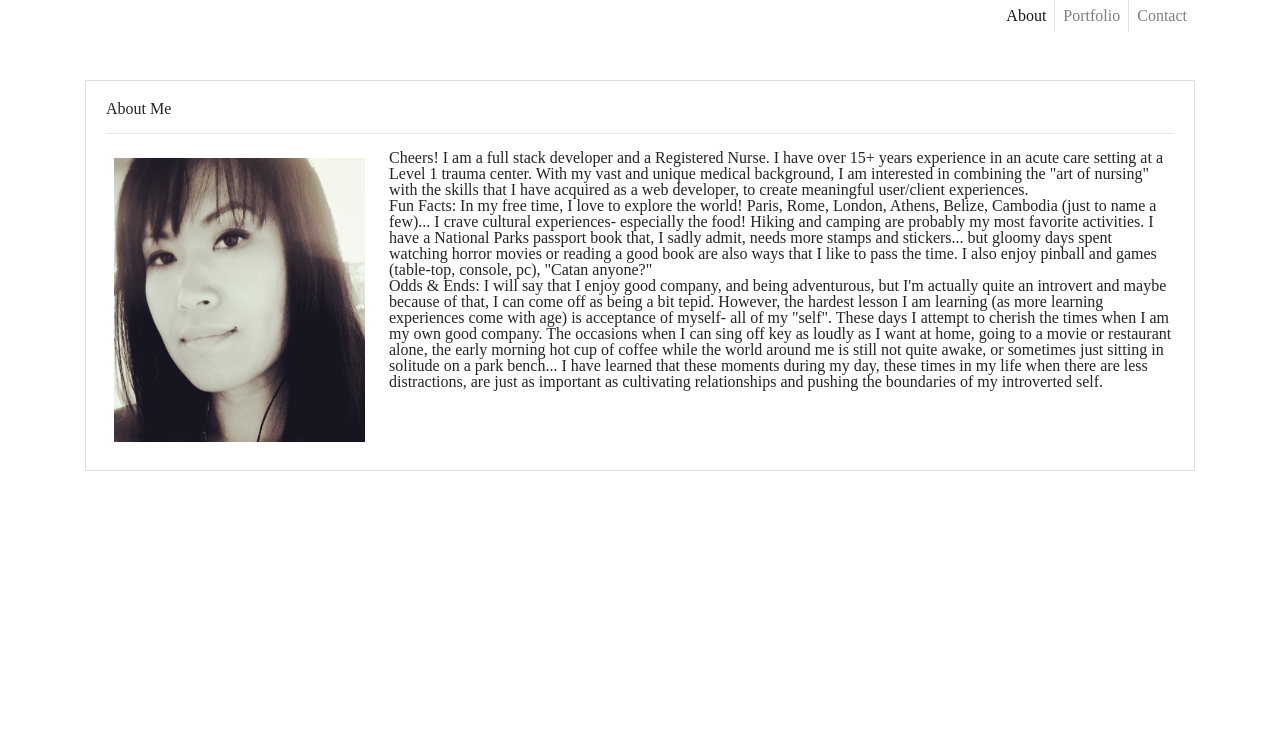
Repository: Dee1985/AyDy-Burling-prework
Page: Module-1_Assessment/index.html
These files come from the project's save history. The page is drawn as it stood at one moment and after the next save; the edit follows.
The browser window is 1280 px wide. The pictures show the whole page.

Above is the page before, as saved 2020-05-22 21:54:44.

### Module-1_Assessment/index.html
<!DOCTYPE html>
<html lang="en">
	<head>
		<meta charset="UTF-8" />
		<meta name="viewport" content="width=device-width, initial-scale=1.0" />
		<meta http-equiv="X-UA-Compatible" content="ie=edge" />
		<title>About</title>

		<link
			rel="stylesheet"
			href="https://stackpath.bootstrapcdn.com/bootstrap/4.3.1/css/bootstrap.min.css"
			integrity="sha384-ggOyR0iXCbMQv3Xipma34MD+dH/1fQ784/j6cY/iJTQUOhcWr7x9JvoRxT2MZw1T"
			crossorigin="anonymous"
		/>
		<link rel="stylesheet" href="assets/css/reset.css" />
		<link rel="stylesheet" href="assets/css/style.css" />
	</head>
	<body>
		<nav class="navbar navbar-light navbar-expand-lg p-0 another-card">
			<div class="container">
				<a href="# " class="navbar-brand text-white">AyDy Burling</a>
				<button
					class="navbar-toggler"
					type="button"
					data-toggle="collapse"
					data-target="#navbarTogglerDemo02"
					aria-controls="navbarTogglerDemo02"
					aria-expanded="false"
					aria-label="Toggle navigation"
				>
					<span class="navbar-toggler-icon"></span>
				</button>
				<div class="collapse navbar-collapse" id="navbarTogglerDemo02">
					<ul class="navbar-nav ml-auto mt-2 mt-lg-0">
						<li class="nav-item active">
							<a class="nav-link border-right" href="#">About</a>
						</li>
						<li class="nav-item">
							<a class="nav-link border-right" href="portfolio.html"
								>Portfolio</a
							>
						</li>
						<li class="nav-item">
							<a class="nav-link" href="contact.html" tabindex="-1">Contact</a>
						</li>
					</ul>
				</div>
			</div>
		</nav>

		<section class="another-card vh-100">
			<div class="container">
				<div class="row">
					<div class="col-lg-12 mb-4">
						<div class="card mt-5 rounded-0">
							<div class="card-body">
								<h5 class="card-title">About Me</h5>
								<hr />
								<div class="media">
									<img
										src="assets/img/IMG_0322.JPG"
										width="25%"
										height="300"
										class="mr-3 p-2"
										alt="..."
									/>
									<div class="media-body">
										<p>
											Cheers! I am a full stack developer and a Registered
											Nurse. I have over 15+ years experience in an acute care
											setting at a Level 1 trauma center. With my vast and
											unique medical background, I am interested in combining
											the "art of nursing" with the skills that I have acquired
											as a web developer, to create meaningful user/client
											experiences.
										</p>
										<p>
											Fun Facts: In my free time, I love to explore the world!
											Paris, Rome, London, Athens, Belize, Cambodia (just to
											name a few)... I crave cultural experiences- especially
											the food! Hiking and camping are probably my most favorite
											activities. I have a National Parks passport book that, I
											sadly admit, needs more stamps and stickers... but gloomy
											days spent watching horror movies or reading a good book
											are also ways that I like to pass the time. I also enjoy
											pinball and games (table-top, console, pc), "Catan
											anyone?"
										</p>
										<p>
											Odds & Ends: I will say that I enjoy good company, and
											being adventurous, but I'm actually quite an introvert and
											maybe because of that, I can come off as being a bit
											tepid. However, the hardest lesson I am learning (as more
											learning experiences come with age) is acceptance of
											myself- all of my "self". These days I attempt to cherish
											the times when I am my own good company. The occasions
											when I can sing off key as loudly as I want at home, going
											to a movie or restaurant alone, the early morning hot cup
											of coffee while the world around me is still not quite
											awake, or sometimes just sitting in solitude on a park
											bench... I have learned that these moments during my day,
											these times in my life when there are less distractions,
											are just as important as cultivating relationships and
											pushing the boundaries of my introverted self.
										</p>
									</div>
								</div>
							</div>
						</div>
					</div>
				</div>
			</div>
		</section>

		<footer>
			<div class="fixed-bottom text-center text-white">Copyright &copy;</div>
		</footer>

		<script
			src="https://code.jquery.com/jquery-3.3.1.slim.min.js"
			integrity="sha384-q8i/X+965DzO0rT7abK41JStQIAqVgRVzpbzo5smXKp4YfRvH+8abtTE1Pi6jizo"
			crossorigin="anonymous"
		></script>
		<script
			src="https://cdnjs.cloudflare.com/ajax/libs/popper.js/1.14.7/umd/popper.min.js"
			integrity="sha384-UO2eT0CpHqdSJQ6hJty5KVphtPhzWj9WO1clHTMGa3JDZwrnQq4sF86dIHNDz0W1"
			crossorigin="anonymous"
		></script>
		<script
			src="https://stackpath.bootstrapcdn.com/bootstrap/4.3.1/js/bootstrap.min.js"
			integrity="sha384-JjSmVgyd0p3pXB1rRibZUAYoIIy6OrQ6VrjIEaFf/nJGzIxFDsf4x0xIM+B07jRM"
			crossorigin="anonymous"
		></script>
	</body>
</html>

### Module-1_Assessment/assets/css/style.css
/* Using Bootstrap, your portfolio site should be made using the following items:
A navbar
A responsive layout (remember the grid, rows and columns are your friends)
eg. On an xs screen, content should take up the entire screen. On sm and larger screens, you should have some margins on the left and right side of the screen. Check out various sites on your mobile device versus your computer to see this in action!
Responsive images

BONUS Using Bootstrap, make a sticky footer and use sub-rows and sub-columns on your portfolio site (Hint: Check out the Bootstrap documentation)

Your Bootstrap solution should minimize use of media queries.
Colors:
Teal color (used for headings and backgrounds): #4aaaa5
Regular font color (used for paragraphs and all text besides the headings): #777777
Main header background color: #ffffff
Main header border color: #cccccc
Footer background color: #666666
Main content background color: #ffffff
Main content border color: #dddddd
Fonts:
For heading fonts use font-family: 'Georgia', Times, Times New Roman, serif;.
For all other fonts use 'Arial', 'Helvetica Neue', Helvetica, sans-serif;.
Profile Image Found on index.html:
Use a picture of yourself.
If you don't have a picture, you can grab a placeholder image from LoremPixel.
Save the images to your images folder.
Portfolio Images:
Placeholder images can be found at LoremPixel.
Save the images to your images folder.
Background Images:
The background pattern used was found on Subtle Patterns. You can browse through that site and find whichever pattern you like.
Dimensions:
The entire content and the main section content area is 960px wide. */

Loaded but not shown: Module-1_Assessment/assets/css/reset.css (common file)

After the next save:
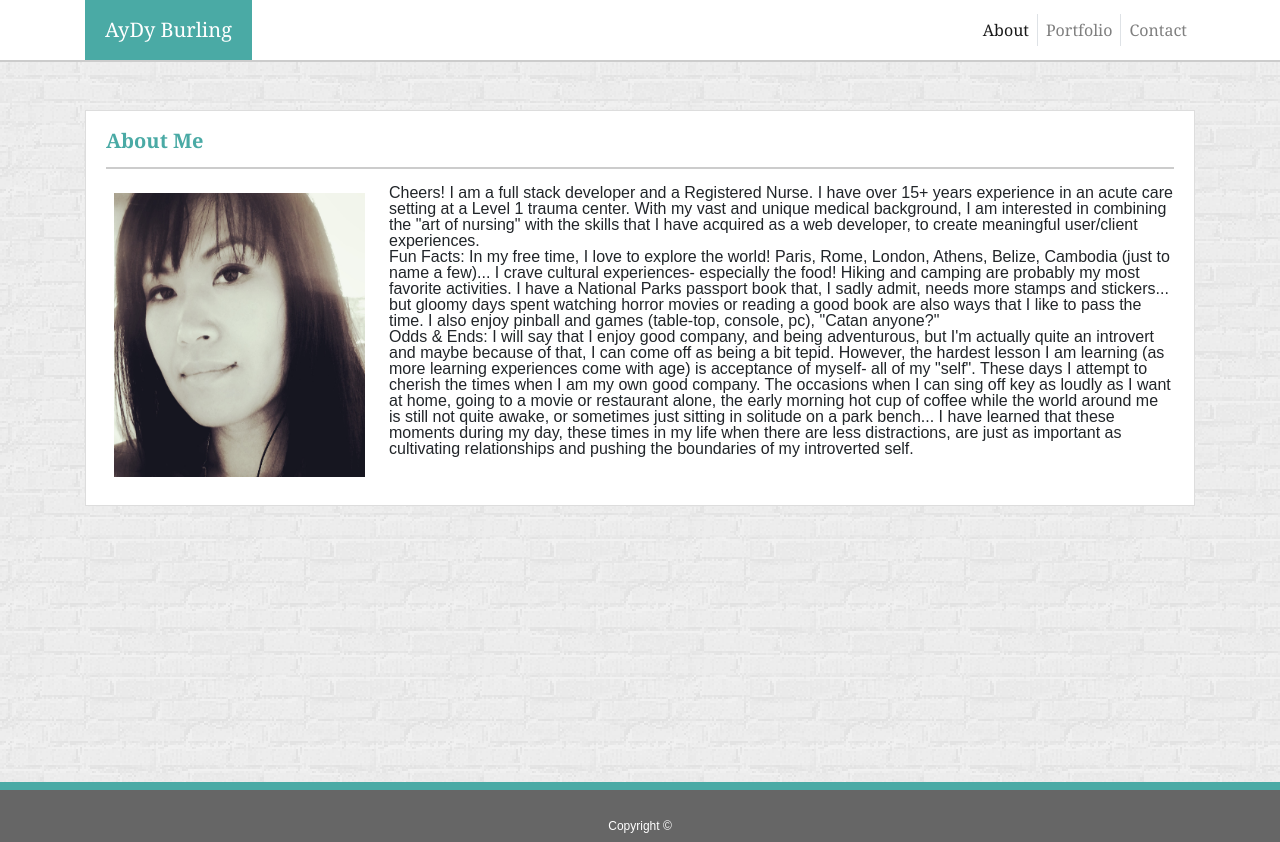
Saved 2 min 4 s later.
--- a/Module-1_Assessment/assets/css/style.css
+++ b/Module-1_Assessment/assets/css/style.css
@@ -1,3 +1,75 @@
+* {
+	margin: 0;
+	padding: 0;
+}
+
+section {
+	/* https://www.toptal.com/designers/subtlepatterns/?s=brick */
+	background-image: url('../img/brickwall_@2X.png');
+	background-position: center;
+}
+.card-gallery {
+	zoom: 65%;
+}
+nav {
+	font-family: Cambria, Cochin, Georgia, Times, 'Times New Roman', serif;
+}
+
+/* .another-card {
+  zoom: 83%;
+} */
+
+.btn {
+	background-color: #4aaaa5;
+	border-color: #4aaaa5;
+}
+.navbar {
+	border-bottom: 2px solid #cccccc;
+}
+a.navbar-brand {
+	background-color: #4aaaa5;
+	padding: 20px;
+	margin: 0;
+}
+hr {
+	border-top: 2px solid;
+	border-color: #cccccc;
+}
+
+.card {
+	font-family: Arial, Helvetica, sans-serif;
+	border-color: #dddddd;
+}
+.card-title {
+	font-size: 20px;
+	color: #4aaaa5;
+	font-family: Cambria, Cochin, Georgia, Times, 'Times New Roman', serif;
+	font-weight: bold;
+}
+.card-heading {
+	background-color: #4aaaa5;
+	font-size: 16px;
+	font-family: Cambria, Cochin, Georgia, Times, 'Times New Roman', serif;
+	position: absolute;
+	bottom: 5%;
+	width: 100%;
+	padding-top: 10px;
+	padding-bottom: 10px;
+}
+
+.fixed-bottom {
+	border-top: 8px solid #4aaaa5;
+	background-color: #666666;
+	color: #ffffff;
+	font-family: Arial, 'Helvetica Neue', Helvetica, sans-serif;
+	font-size: 12px;
+	height: 60px;
+	padding-top: 30px;
+	position: relative;
+	bottom: 0;
+	top: 0;
+}
+
 /* Using Bootstrap, your portfolio site should be made using the following items:
 A navbar
 A responsive layout (remember the grid, rows and columns are your friends)
@@ -6,26 +78,32 @@ Responsive images
 
 BONUS Using Bootstrap, make a sticky footer and use sub-rows and sub-columns on your portfolio site (Hint: Check out the Bootstrap documentation)
 
-Your Bootstrap solution should minimize use of media queries.
-Colors:
+Your Bootstrap solution should minimize use of media queries. */
+
+/* Colors:
 Teal color (used for headings and backgrounds): #4aaaa5
 Regular font color (used for paragraphs and all text besides the headings): #777777
 Main header background color: #ffffff
 Main header border color: #cccccc
 Footer background color: #666666
 Main content background color: #ffffff
-Main content border color: #dddddd
+Main content border color: #dddddd */
+
+/*
 Fonts:
 For heading fonts use font-family: 'Georgia', Times, Times New Roman, serif;.
-For all other fonts use 'Arial', 'Helvetica Neue', Helvetica, sans-serif;.
-Profile Image Found on index.html:
+For all other fonts use 'Arial', 'Helvetica Neue', Helvetica, sans-serif;. */
+
+/* Profile Image Found on index.html:
 Use a picture of yourself.
 If you don't have a picture, you can grab a placeholder image from LoremPixel.
-Save the images to your images folder.
-Portfolio Images:
+Save the images to your images folder. */
+
+/* Portfolio Images:
 Placeholder images can be found at LoremPixel.
-Save the images to your images folder.
-Background Images:
+Save the images to your images folder. */
+
+/* Background Images:
 The background pattern used was found on Subtle Patterns. You can browse through that site and find whichever pattern you like.
 Dimensions:
-The entire content and the main section content area is 960px wide. */
+The entire content and the main section content area is 960px wide.  */
